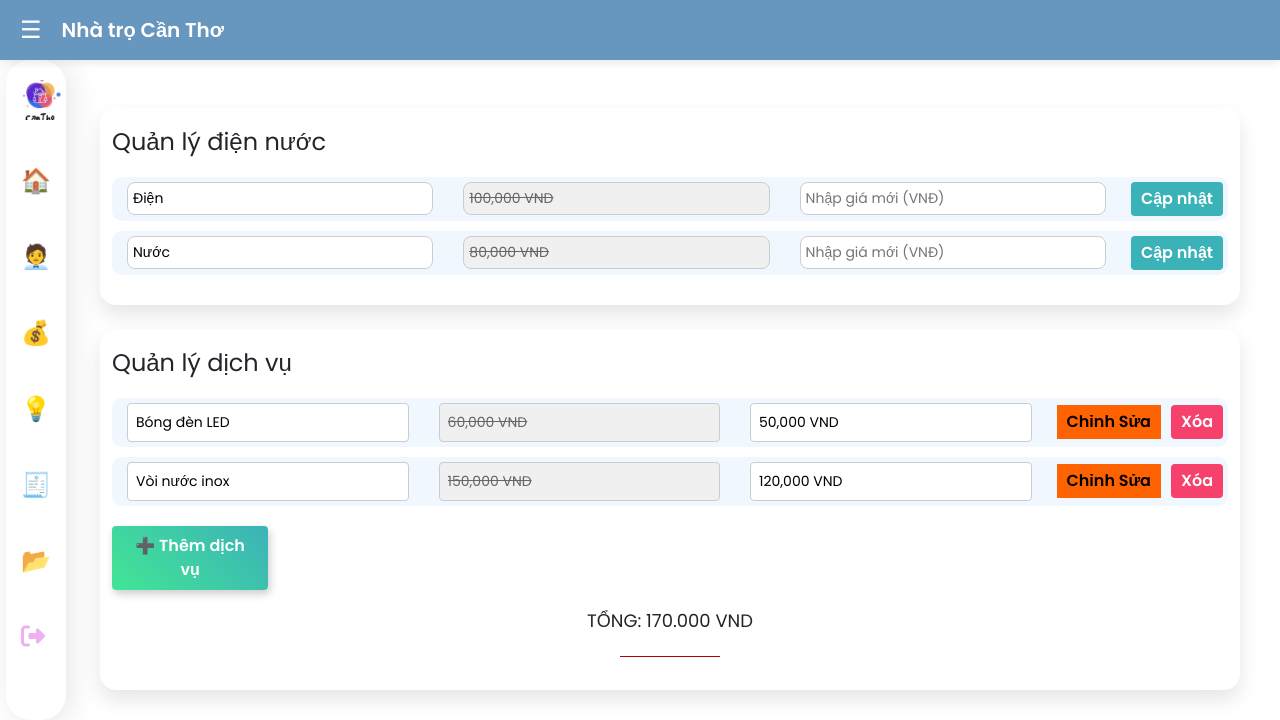
Repository: nhutty0402/DoAn02
Page: HTML/dichvu.html
The author's editor kept a copy of each file at every save. The page is drawn from the files as they stood at one save, then again after the next save.
The browser window is 1280 px wide. The pictures show the whole page.

Above is the page before, as saved 2025-03-21 00:28:42.

After the next save:
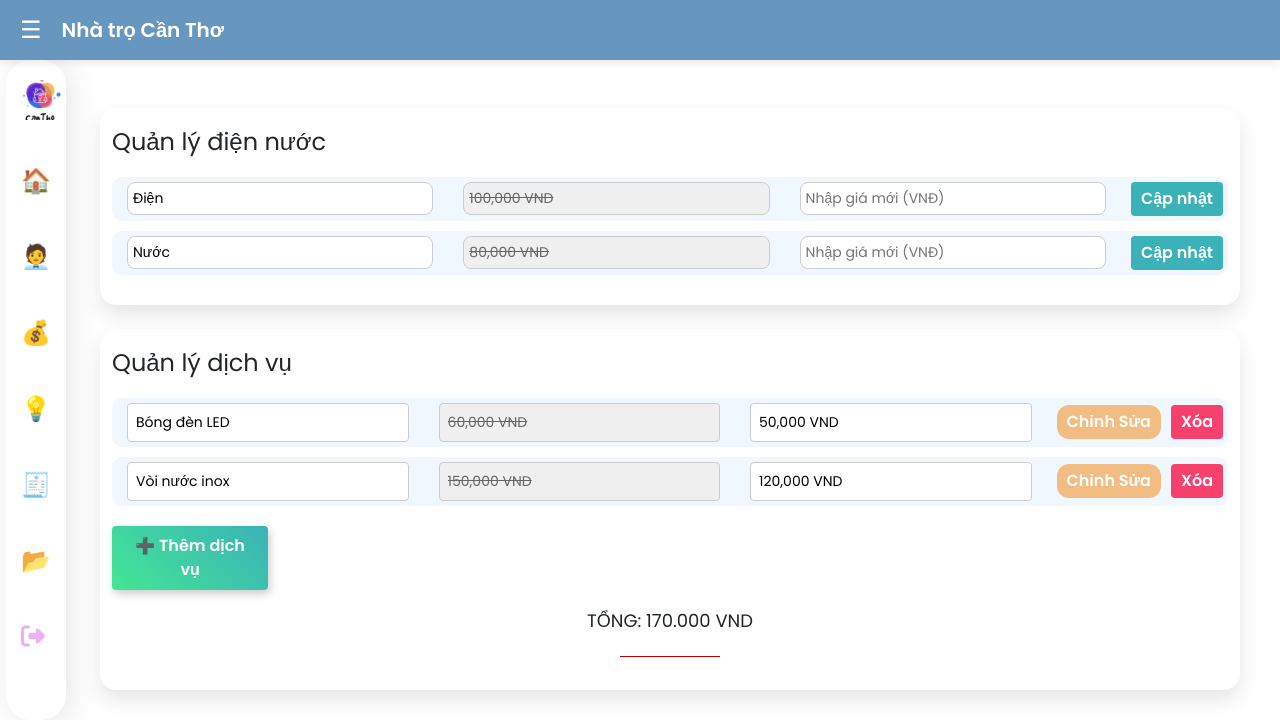
Saved 20 s later.
--- a/CSS/dichvu.css
+++ b/CSS/dichvu.css
@@ -526,5 +526,7 @@ input[readonly].old-price {
 
 
 .edit-btn {
-  background-color: #ff6200; /* Màu cam cho nút "Chỉnh Sửa" */
-}
+  background:  #f2b876e8;
+  color: white;
+  border-radius: 12px;
+}
